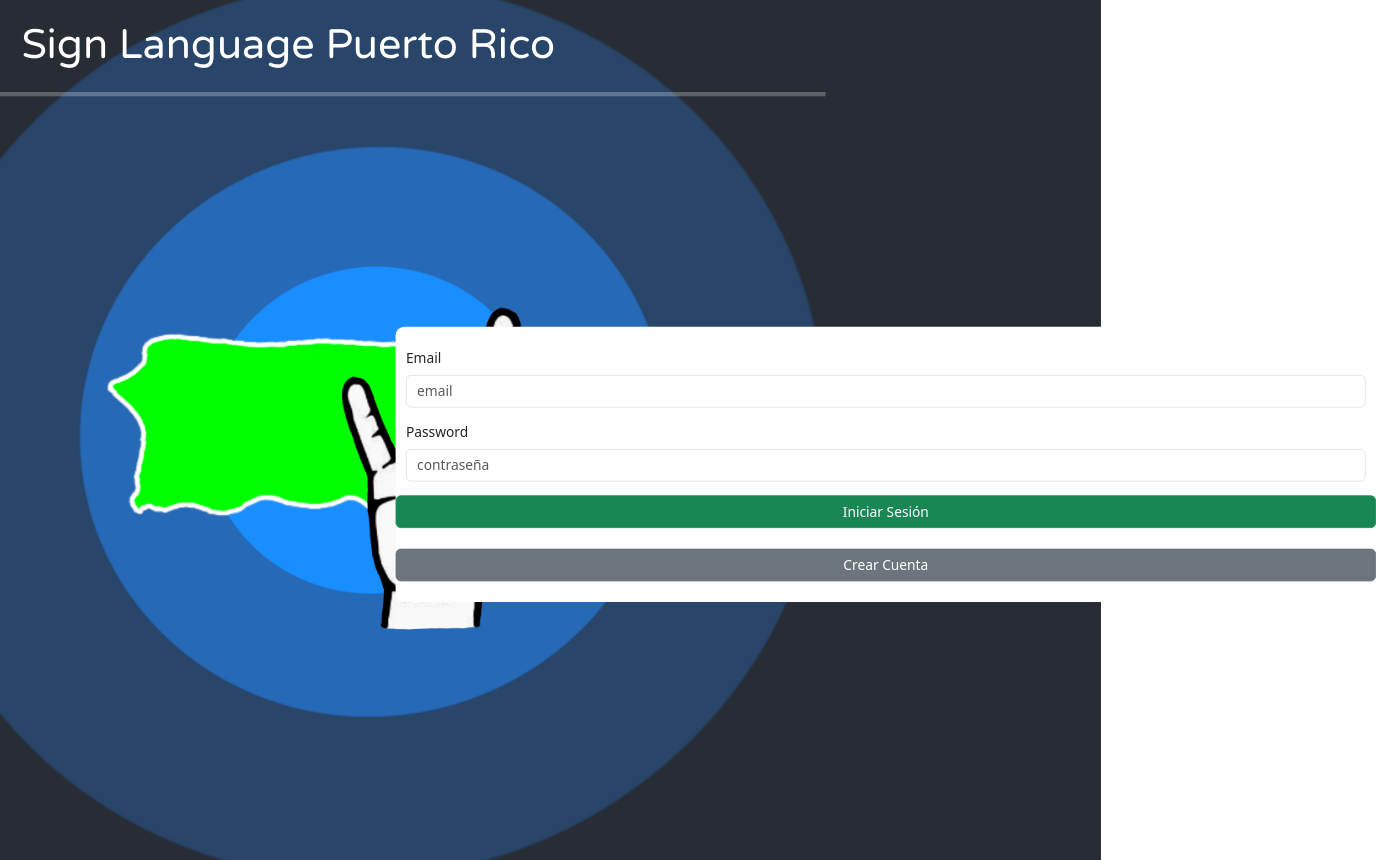
Repository: Dav1497/sign-language-pr
Page: /
The author's editor kept a copy of each file at every save. The page is drawn from the files as they stood at one save, then again after the next save.
The browser window is 1280 px wide. The page is 1600 px wide, then 1280 px, so the pictures cover 1600 px, including what lies to the right of the window. The pictures show the whole page, at 86% of full size.
The project was rebuilt for these pictures with package versions that can differ from the ones it lists, and the page was loaded fresh each time.

Above is the page before, as saved 2021-02-27 00:17:50.

After the next save:
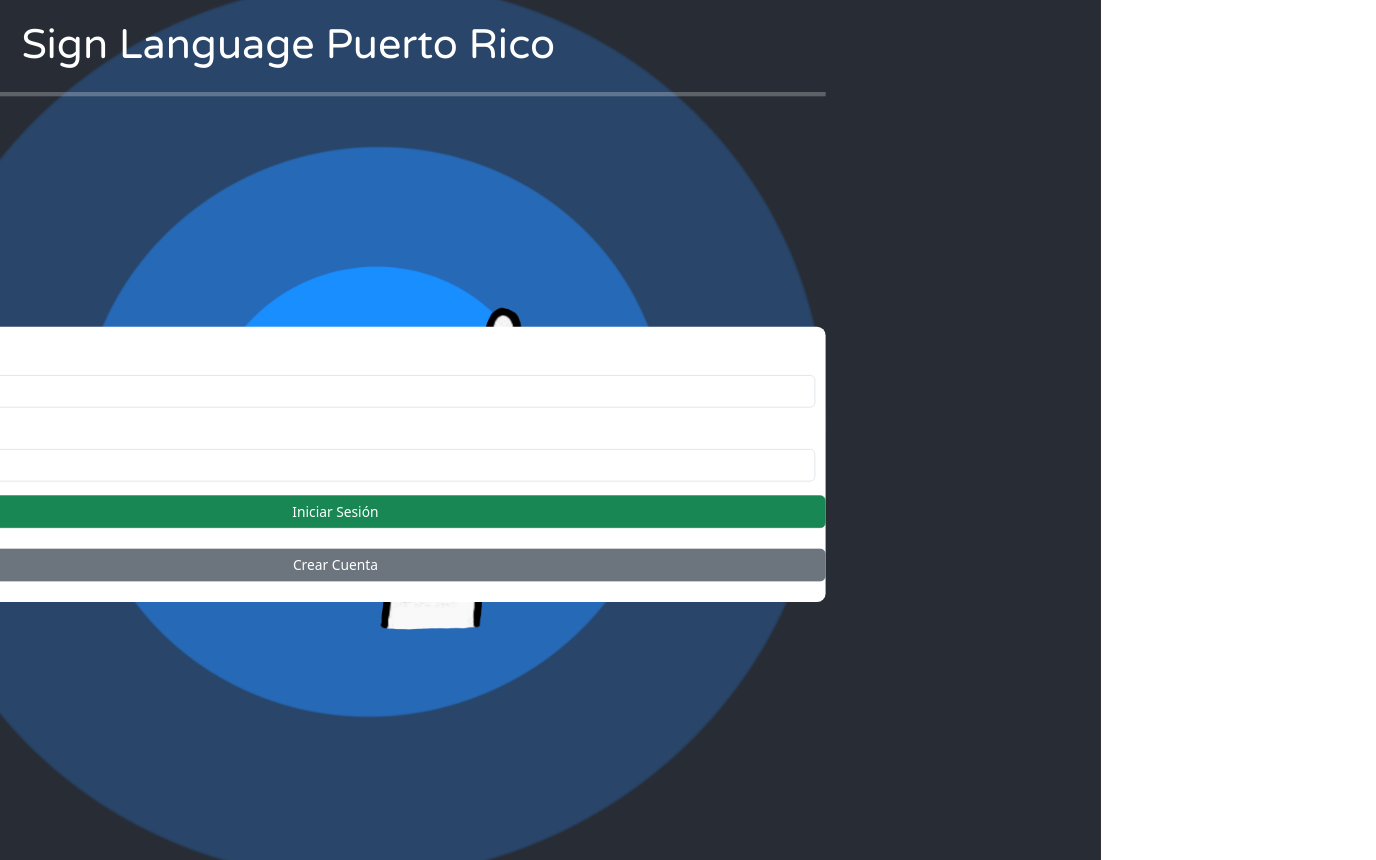
Saved 5 s later.
--- a/src/Login.css
+++ b/src/Login.css
@@ -65,7 +65,7 @@
     /* padding-right: 100px;
     padding-top: 200px; */
     top: 75%;
-  left: 75%;
+  left: 25%;
   -ms-transform: translate(-50%, -50%);
   transform: translate(-50%, -50%);
 }
